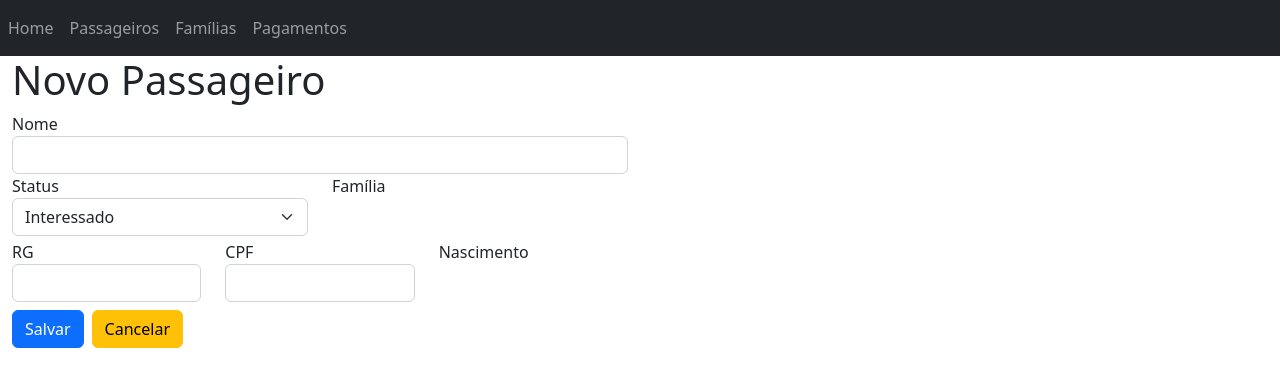
Repository: midianet/trip-web
Page: /passageiro/novo
The author's editor kept a copy of each file at every save. The page is drawn from the files as they stood at one save, then again after the next save.
The browser window is 1280 px wide. The pictures show the whole page.
The page's requests for data from a server got no answer. The project was rebuilt for these pictures with package versions that can differ from the ones it lists, and the page was loaded fresh each time. No one was signed in, and anything a server would have sent is missing. Also part of the build but not shown: src/home/home.css, src/home/index.js, src/family/FamilyList.js, src/family/FamilyForm.js, src/passenger/PassengerList.js, src/payment/PaymentList.js.

Above is the page before, as saved 2022-07-22 18:56:25.

After the next save:
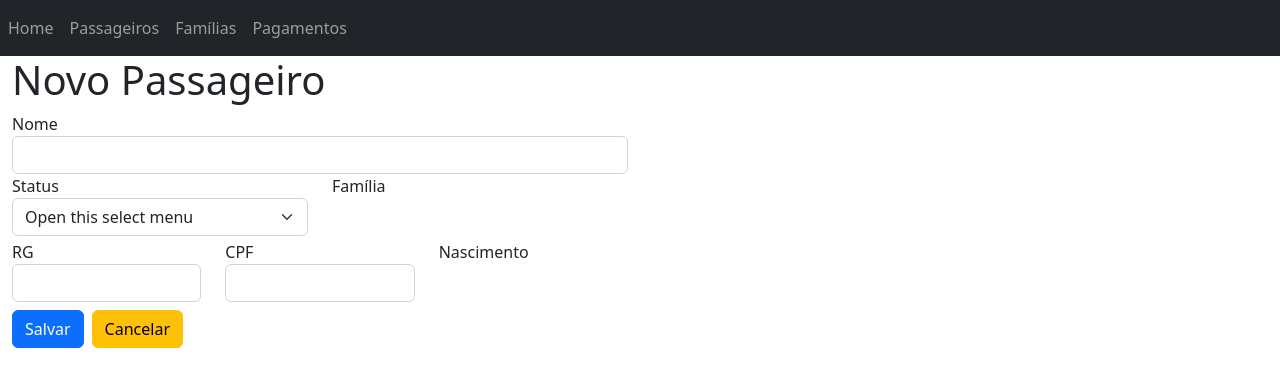
Saved 32 s later.
--- a/src/passenger/PassengerForm.js
+++ b/src/passenger/PassengerForm.js
@@ -145,6 +145,7 @@ function PassengerForm() {
                                      className={`form-select ${errors.name ? 'is-invalid' : ''}`}
                                      onChange={(e) => setValue('status', e.value)}>
                                     {statusList.map((option) => (<option value={option.value}>{option.label}</option>))}
+                                    <option selected>Open this select menu</option>
                                 </select>
                             )}/>
                             <div className="invalid-field">{errors.status?.message}</div>
